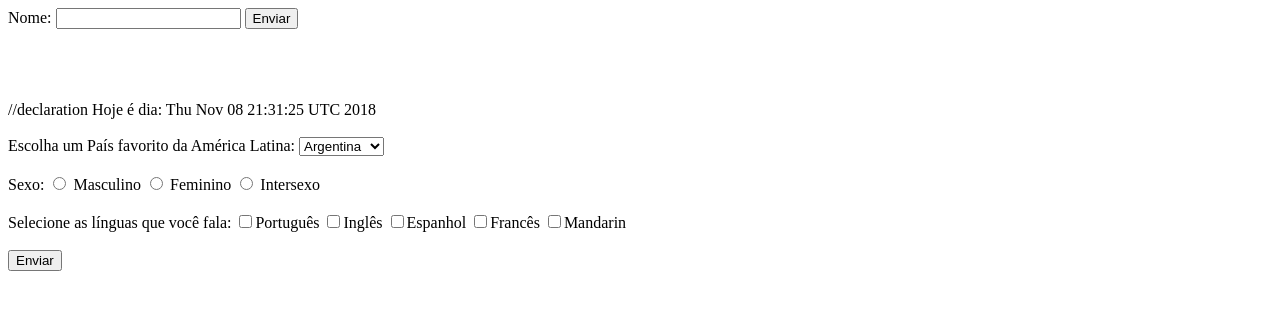
Repository: cassiahh/PWE
Page: http://localhost/Topico1/Formulario.jsp
An editor plug-in stored every save of this project. The page is shown before and after the next save, followed by the edit.
The browser window is 1280 px wide. The pictures show the whole page.
The page is served by Tomcat 9.

Above is the page before, as saved 2018-11-08 23:38:40.

After the next save:
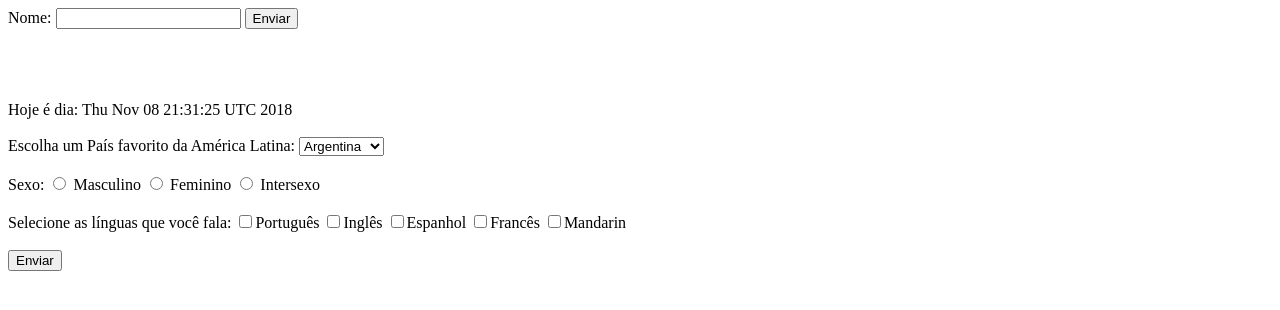
Saved 39 s later.
--- a/Topico1/WebContent/Formulario.jsp
+++ b/Topico1/WebContent/Formulario.jsp
@@ -23,9 +23,9 @@ if(nome!=null)
 out.print("Bem vindo(a), "+nome+"!");
 %>
 <br/><br/>
-//declaration
+
 Hoje é dia: <%= new Date() %>
-<!-- e são <%= new Date() %> -->
+<!-- e são <%= new Date() %> //declaration -->
 <br/><br/>
 
 
